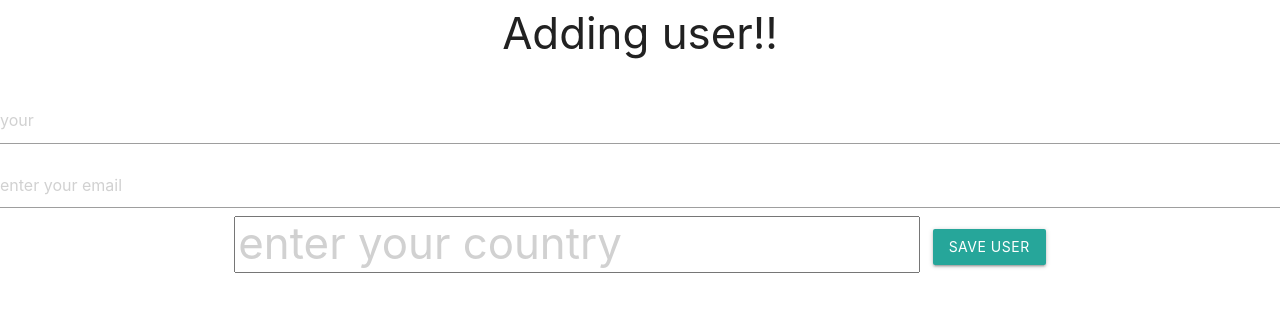
Repository: mubashirkhan1/Corejsvs__Programs
Page: basicprogram/TestWeb/WebContent/crud1.html
An editor plug-in stored every save of this project. The page is shown before and after the next save, followed by the edit.
The browser window is 1280 px wide. The pictures show the whole page.

Above is the page before, as saved 2021-03-11 00:24:38.

### basicprogram/TestWeb/WebContent/crud1.html
<!DOCTYPE html>
<html>
<head>
<meta charset="ISO-8859-1">
<title>Insert title here</title>
</head>
<body>



    <!-- Compiled and minified CSS -->
    <link rel="stylesheet" href="https://cdnjs.cloudflare.com/ajax/libs/materialize/1.0.0/css/materialize.min.css">

    <!-- Compiled and minified JavaScript -->
    <script src="https://cdnjs.cloudflare.com/ajax/libs/materialize/1.0.0/js/materialize.min.js"></script>

</head>
<body>

		<h3 style="margin-top:10px;" class ="center">Adding user!!<h3>
		<div class="form center-align">
			<form action=>
				<input type="text" name="username" placeholder=your>
					<input type="text" name="email" placeholder="enter your email">
					<input type="country" name="useremail" placeholder="enter your country">
						<button type="submit"  class="btn" > save user</button>
					</form>

</body>
</html>

After the next save:
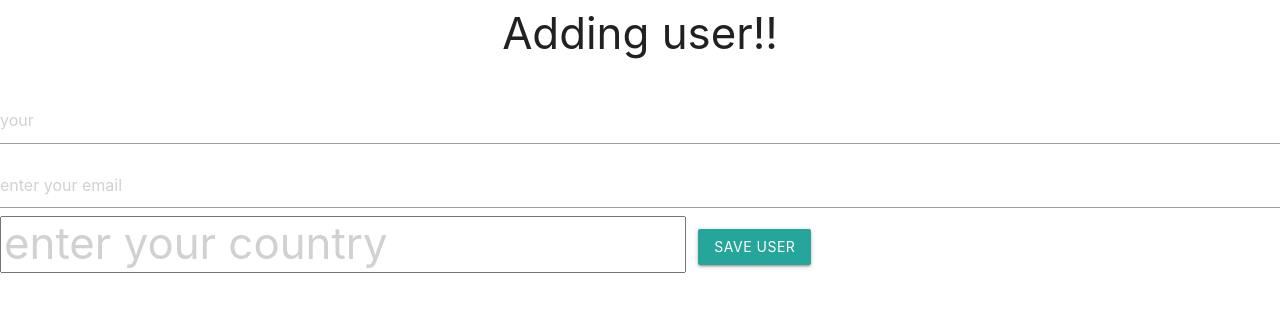
Saved 35 s later.
--- a/basicprogram/TestWeb/WebContent/crud1.html
+++ b/basicprogram/TestWeb/WebContent/crud1.html
@@ -18,7 +18,7 @@
 <body>
 
 		<h3 style="margin-top:10px;" class ="center">Adding user!!<h3>
-		<div class="form center-align">
+
 			<form action=>
 				<input type="text" name="username" placeholder=your>
 					<input type="text" name="email" placeholder="enter your email">
